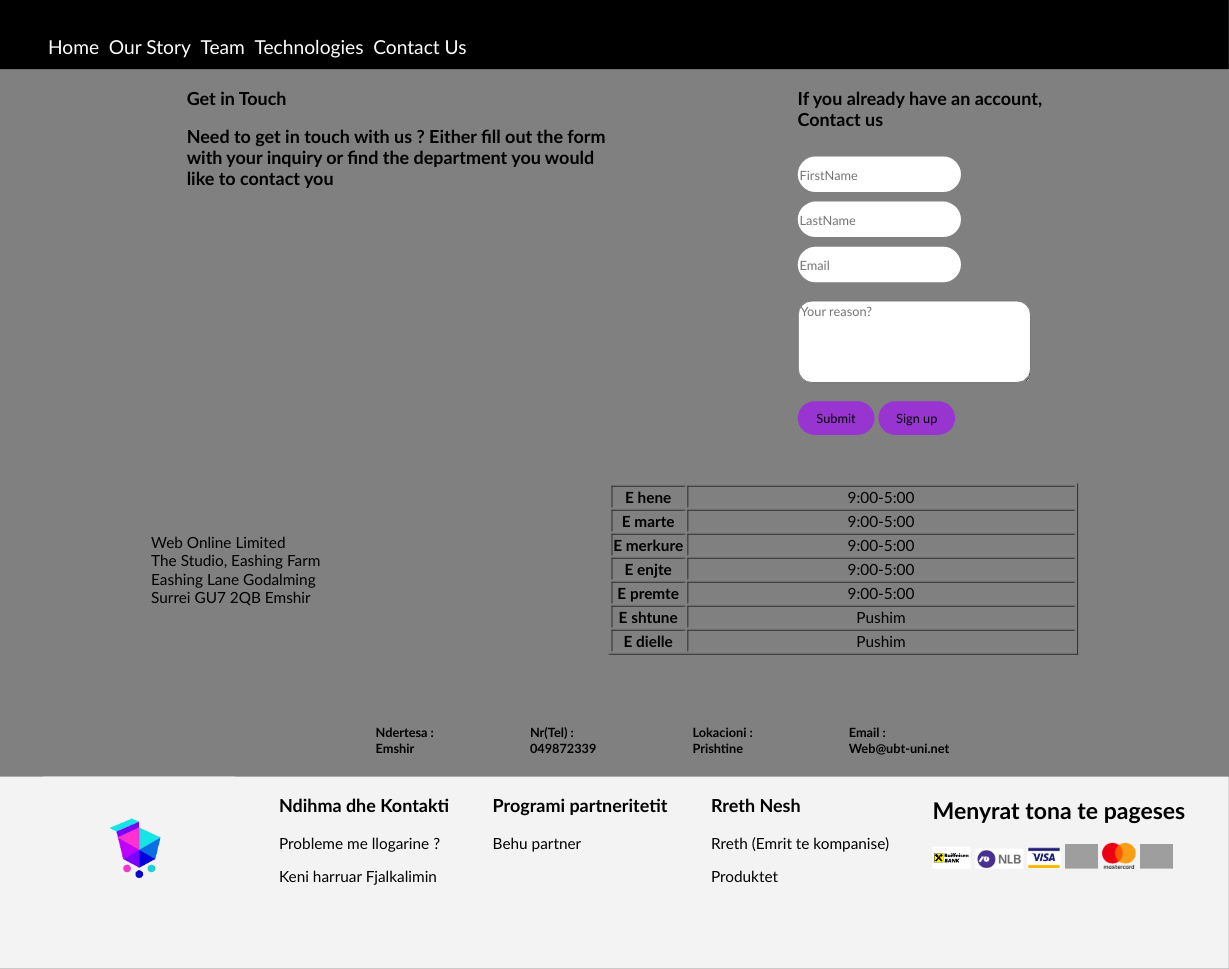
Repository: ArdiannS/online-sales-management
Page: http://localhost/prjekti__web/php/AboutUs.php
These files come from the project's save history. The page is drawn as it stood at one moment and after the next save; the edit follows.
The browser window is 1280 px wide. The pictures show the whole page, at 96% of full size.
Pictures or frames that could not be fetched are drawn as grey boxes. The page is run by PHP 8.4 with error messages shown; the project is at /var/www/html/.

Above is the page before, as saved 2023-02-20 23:56:48.

After the next save:
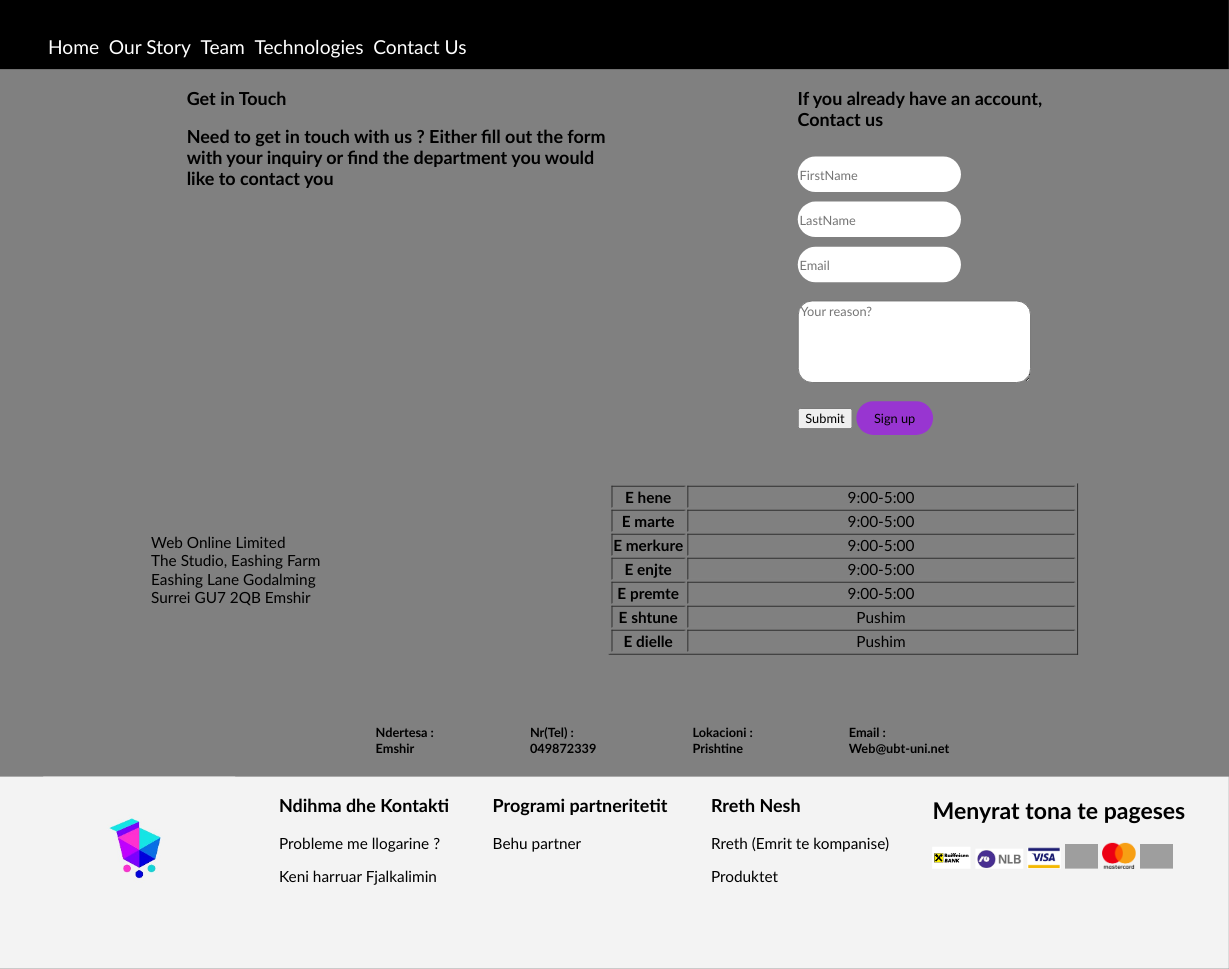
Saved 17 s later.
--- a/php/AboutUs.php
+++ b/php/AboutUs.php
@@ -49,7 +49,7 @@
                         <textarea name="comments" id="" cols="30" rows="5" placeholder="Your reason?"></textarea><br>
                         <p id ="error"></p>
                         <!-- <input type="submit" name="submit" id="but" style="cursor: pointer;"> -->
-                        <button id="but" name = 'submit' style="cursor: pointer;" >Submit</button>
+                        <button id="submit" name = 'submit' style="cursor: pointer;" >Submit</button>
                         <button id="but" ><a href="logInForm.php">Sign up</a> </button>
 
                     </form>

After the save that followed:
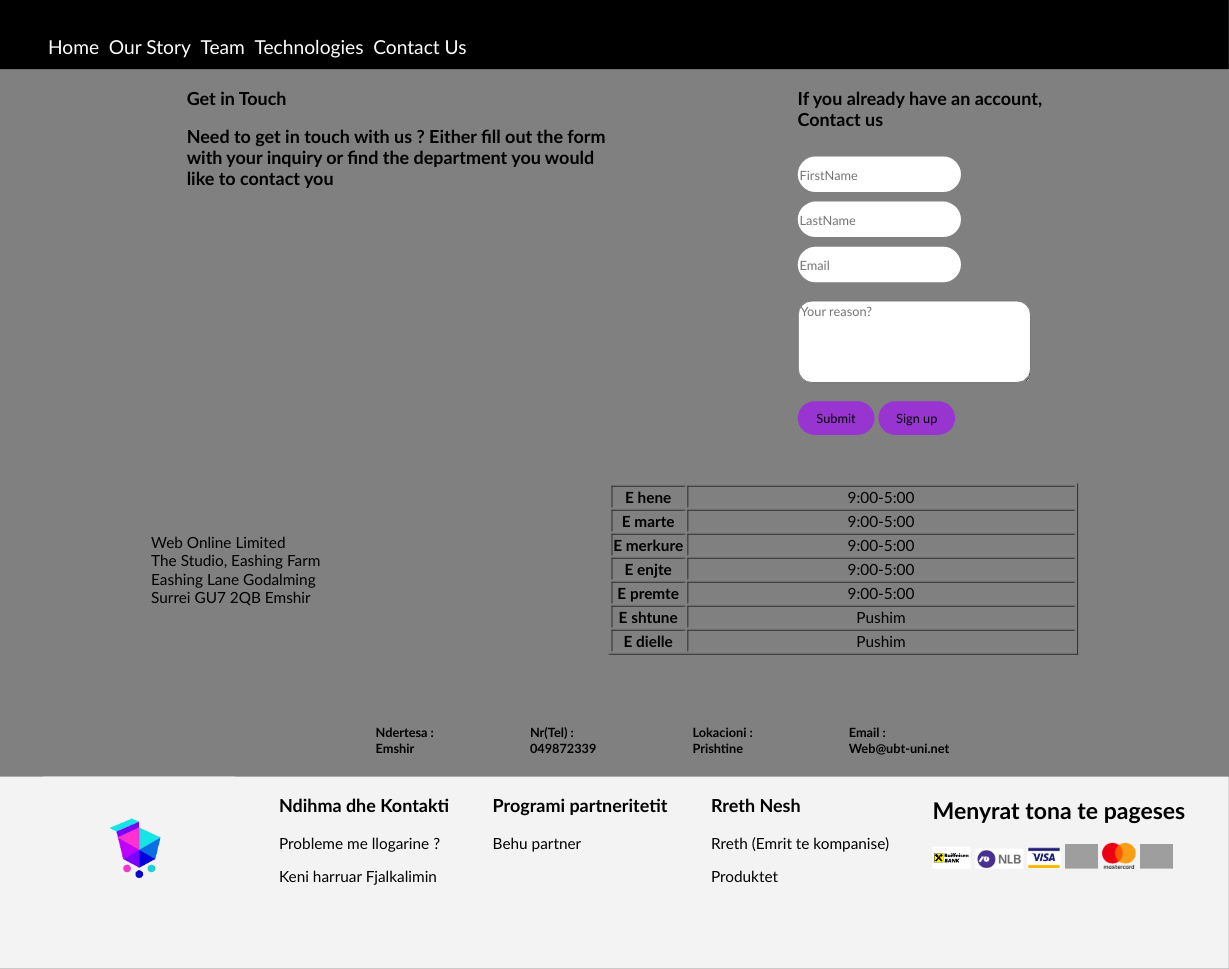
Saved 90 s later.
--- a/php/AboutUs.php
+++ b/php/AboutUs.php
@@ -49,7 +49,7 @@
                         <textarea name="comments" id="" cols="30" rows="5" placeholder="Your reason?"></textarea><br>
                         <p id ="error"></p>
                         <!-- <input type="submit" name="submit" id="but" style="cursor: pointer;"> -->
-                        <button id="submit" name = 'submit' style="cursor: pointer;" >Submit</button>
+                        <button id="but" name = 'submit' style="cursor: pointer;" >Submit</button>
                         <button id="but" ><a href="logInForm.php">Sign up</a> </button>
 
                     </form>
